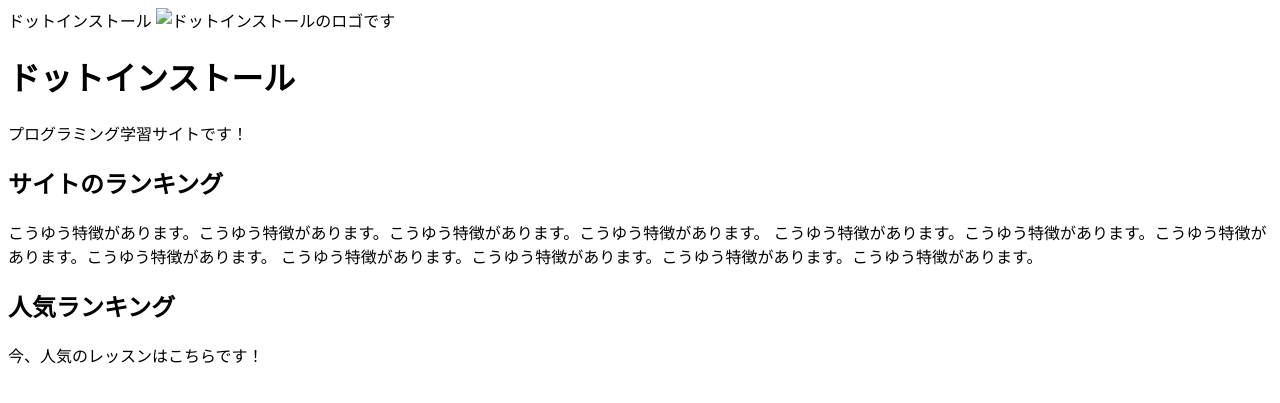
Repository: kojimayu/dotinstall-html
Page: index.html
The author's editor kept a copy of each file at every save. The page is drawn from the files as they stood at one save, then again after the next save.
The browser window is 1280 px wide. The pictures show the whole page.

Above is the page before, as saved 2019-04-04 14:39:18.
Not found: img.log.png

### index.html
<!DOCTYPE html>
<html lang="ja">

<head>
    <meta charset="UTF-8">
    <meta name="description" content="プログラミング学習サイトのドットインストールです。">
    <link rel="icon" href="favicon.ico" <title>ドットインストール</title>
</head>

<body>
    <img src="img.log.png" alt="ドットインストールのロゴです" width="240" height="40">
    <h1>ドットインストール</h1>
    <p>プログラミング学習サイトです！</p>

    <h2>サイトのランキング</h2>
    <p>こうゆう特徴があります。こうゆう特徴があります。こうゆう特徴があります。こうゆう特徴があります。
        こうゆう特徴があります。こうゆう特徴があります。こうゆう特徴があります。こうゆう特徴があります。
        こうゆう特徴があります。こうゆう特徴があります。こうゆう特徴があります。こうゆう特徴があります。
    </p>

    <h2>人気ランキング</h2>
    <p>今、人気のレッスンはこちらです！</p>
</body>

</html>

After the next save:
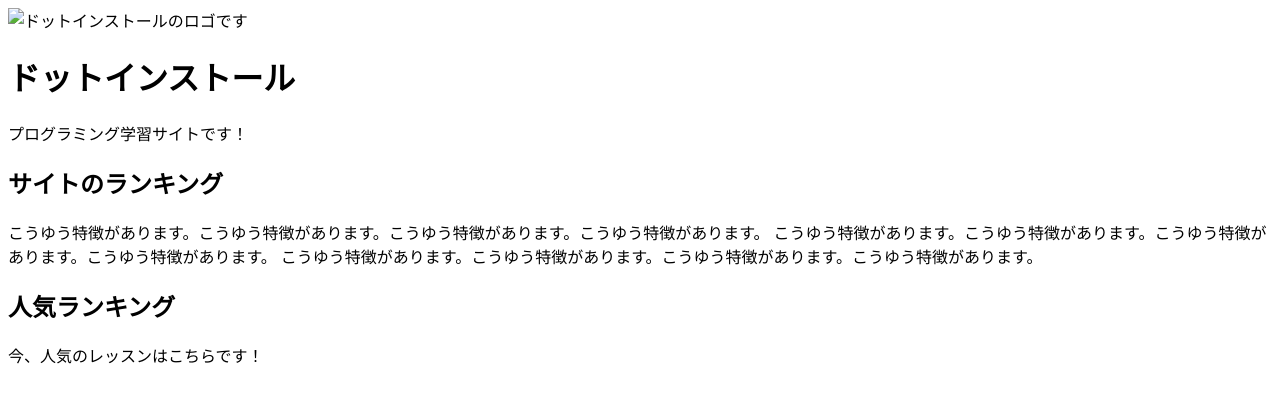
Saved 108 s later.
--- a/index.html
+++ b/index.html
@@ -1,10 +1,10 @@
 <!DOCTYPE html>
 <html lang="ja">
-
 <head>
     <meta charset="UTF-8">
+    <title>ドットインストール</title>
     <meta name="description" content="プログラミング学習サイトのドットインストールです。">
-    <link rel="icon" href="favicon.ico" <title>ドットインストール</title>
+    <link rel="icon" href="favicon.ico">
 </head>
 
 <body>
